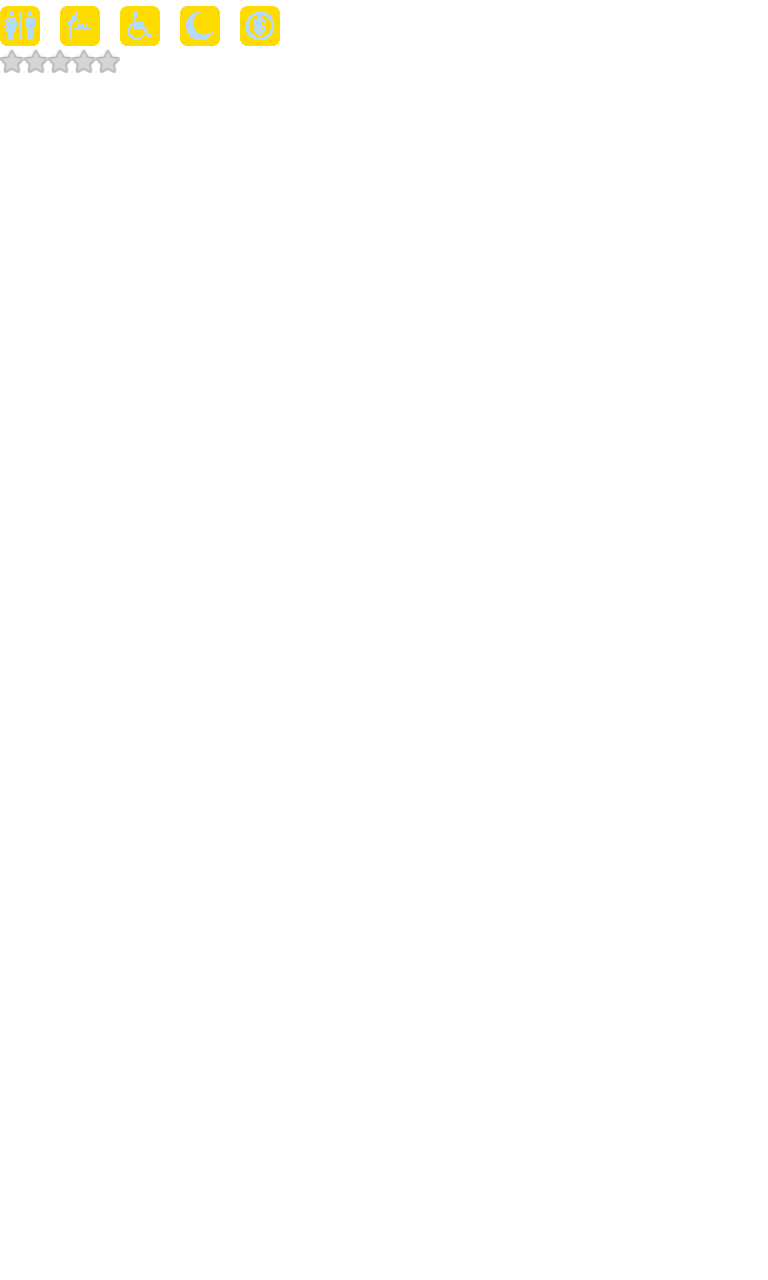
Repository: asocha/toilettalk
Layout: Android/workspace/ToiletTalk/res/layout/google_maps_marker.xml
An editor plug-in stored every save of this project. The layout is shown before and after the next save, followed by the edit.
It is drawn on a 768 x 1280 px phone screen (xhdpi) without system bars, with theme AppTheme; the app's code is not run.

Above is the layout before, as saved 2013-04-28 21:56:08.

### Android/workspace/ToiletTalk/res/layout/google_maps_marker.xml
<?xml version="1.0" encoding="utf-8"?>
<RelativeLayout xmlns:android="http://schemas.android.com/apk/res/android"
	android:layout_width="wrap_content"
	android:layout_height="wrap_content"
	android:orientation="horizontal">



	<LinearLayout
	    android:id="@+id/marker_content"
		android:layout_width="wrap_content"
		android:layout_height="wrap_content"
		android:orientation="vertical">

		<TextView
			android:id="@+id/marker_title"
			android:layout_width="wrap_content"
			android:layout_height="wrap_content"
			android:textAppearance="?android:attr/textAppearanceMedium"/>

		<RatingBar
		    android:id="@+id/marking_rating"
		    android:layout_width="wrap_content"
		    android:layout_height="wrap_content"
		    style="?android:attr/ratingBarStyleSmall" />
	</LinearLayout>

	<TextView
		android:id="@+id/marker_address"
		android:layout_width="wrap_content"
		android:layout_height="wrap_content"
		android:layout_below="@id/view_icons"
		android:textAppearance="?android:attr/textAppearanceSmall"/>

	<LinearLayout
        android:id="@+id/view_icons"
        android:layout_width="wrap_content"
        android:layout_marginTop="3dp"
        android:layout_height="@dimen/icons_size"
        android:layout_alignParentTop="true"
        android:layout_alignRight="true" >

        <ToggleButton
            android:id="@+id/button_unisex"
            android:layout_marginRight="10dp"
            android:layout_width="@dimen/icons_size"
            android:layout_height="fill_parent"
            android:background="@drawable/button_unisex"
            android:textOn=""
            android:textOff="" />

        <ToggleButton
            android:id="@+id/button_babystation"
            android:layout_marginRight="10dp"
            android:layout_width="@dimen/icons_size"
            android:layout_height="fill_parent"
            android:background="@drawable/button_baby_station"
            android:textOn=""
            android:textOff="" />

        <ToggleButton
            android:id="@+id/button_handicap"
            android:layout_marginRight="10dp"
            android:layout_width="@dimen/icons_size"
            android:layout_height="fill_parent"
            android:background="@drawable/button_handicap"
            android:textOn=""
            android:textOff="" />

        <ToggleButton
            android:id="@+id/button_24hours"
            android:layout_marginRight="10dp"
            android:layout_width="@dimen/icons_size"
            android:layout_height="fill_parent"
            android:background="@drawable/button_24hours"
            android:textOn=""
            android:textOff="" />

        <ToggleButton
            android:id="@+id/button_money"
            android:layout_marginRight="10dp"
            android:layout_width="@dimen/icons_size"
            android:layout_height="fill_parent"
            android:background="@drawable/button_money"
            android:textOn=""
            android:textOff="" />
    </LinearLayout>

	<ImageView
		android:id="@+id/marker_image"
		android:layout_below="@id/marker_address"
		android:layout_width="40dp"
		android:layout_height="40dp"
		android:contentDescription="@string/restroom_image"/>
</RelativeLayout>

### Android/workspace/ToiletTalk/res/values/styles.xml
<resources xmlns:android="http://schemas.android.com/apk/res/android">

    <!--
        Base application theme, dependent on API level. This theme is replaced
        by AppBaseTheme from res/values-vXX/styles.xml on newer devices.
    -->
    <style name="AppBaseTheme" parent="android:Theme.Light">
        <!--
            Theme customizations available in newer API levels can go in
            res/values-vXX/styles.xml, while customizations related to
            backward-compatibility can go here.
        -->
    </style>

    <!-- Application theme. -->
    <style name="AppTheme" parent="android:Theme.Light.NoTitleBar">
        <!-- All customizations that are NOT specific to a particular API-level can go here. -->
    </style>

   	<style name="Theme.Main" parent="android:Theme.Holo.Light">
   	    <item name="android:windowContentOverlay">@null</item>
	</style>

   	<style name="EditText.InputStyle" parent="android:Widget.EditText">
   	   	<item name="android:ems">10</item>
   	   	<item name="android:layout_marginBottom">@dimen/margin_textinputs</item>
   	   	<item name="android:layout_marginTop">@dimen/margin_textinputs</item>
   	</style>

   	<style name="customRatingBar" parent="@android:style/Widget.RatingBar">
        <item name="android:progressDrawable">@drawable/custom_rating_bar_full</item>
        <item name="android:minHeight">1dp</item>
        <item name="android:maxHeight">1dp</item>
    </style>

</resources>

### Android/workspace/ToiletTalk/res/values/dimens.xml
<resources>
    <!-- Default screen margins, per the Android Design guidelines. -->
    <dimen name="activity_horizontal_margin">16dp</dimen>
    <dimen name="activity_vertical_margin">16dp</dimen>
    <dimen name="margin_drawable_shape_interior_padding">2dp</dimen>
    <dimen name="height_button_login_bottom">55dp</dimen>
    <dimen name="margin_header_alt_logo">45dp</dimen>
    <dimen name="margin_textinputs">2dp</dimen>
    <dimen name="width_page_container">250dp</dimen>
    <dimen name="textSize_buttons_login">20sp</dimen>
    <dimen name="textSize_buttons_login_bottom">20dp</dimen>
	<dimen name="width_login_buttons">115dp</dimen>
	<dimen name="margin_top_login_buttons">10dp</dimen>
	<dimen name="margin_imagebutton">8dp</dimen>
	<dimen name="padding_imagebutton">13dp</dimen>
	<dimen name="padding_menubutton_topbottom">6dp</dimen>
	<dimen name="padding_menubutton_sides">10dp</dimen>
	<dimen name="icons_size">20dp</dimen>
</resources>

### Android/workspace/ToiletTalk/res/drawable/button_unisex.xml
<?xml version="1.0" encoding="utf-8"?>
<selector xmlns:android="http://schemas.android.com/apk/res/android">
    <item android:drawable="@drawable/icon_unisex_selected" android:state_checked="true" android:state_pressed="true"/>
    <item android:drawable="@drawable/icon_unisex_selected" android:state_pressed="true"/>
    <item android:drawable="@drawable/icon_unisex_selected" android:state_checked="true" />
    <item android:drawable="@drawable/icon_unisex_unselected"/>
</selector>

### Android/workspace/ToiletTalk/res/drawable/button_baby_station.xml
<?xml version="1.0" encoding="utf-8"?>
<selector xmlns:android="http://schemas.android.com/apk/res/android">
    <item android:drawable="@drawable/icon_baby_station_selected" android:state_checked="true" android:state_pressed="true"/>
    <item android:drawable="@drawable/icon_baby_station_selected" android:state_pressed="true"/>
    <item android:drawable="@drawable/icon_baby_station_selected" android:state_checked="true" />
    <item android:drawable="@drawable/icon_baby_station_unselected"/>
</selector>

### Android/workspace/ToiletTalk/res/drawable/button_handicap.xml
<?xml version="1.0" encoding="utf-8"?>
<selector xmlns:android="http://schemas.android.com/apk/res/android">
    <item android:drawable="@drawable/icon_handicap_selected" android:state_checked="true" android:state_pressed="true"/>
    <item android:drawable="@drawable/icon_handicap_selected" android:state_pressed="true"/>
    <item android:drawable="@drawable/icon_handicap_selected" android:state_checked="true" />
    <item android:drawable="@drawable/icon_handicap_unselected"/>
</selector>

### Android/workspace/ToiletTalk/res/drawable/button_24hours.xml
<?xml version="1.0" encoding="utf-8"?>
<selector xmlns:android="http://schemas.android.com/apk/res/android">
    <item android:drawable="@drawable/icon_24hours_selected" android:state_checked="true" android:state_pressed="true"/>
    <item android:drawable="@drawable/icon_24hours_selected" android:state_pressed="true"/>
    <item android:drawable="@drawable/icon_24hours_selected" android:state_checked="true" />
    <item android:drawable="@drawable/icon_24hours_unselected"/>
</selector>

### Android/workspace/ToiletTalk/res/drawable/button_money.xml
<?xml version="1.0" encoding="utf-8"?>
<selector xmlns:android="http://schemas.android.com/apk/res/android">
    <item android:drawable="@drawable/icon_money_selected" android:state_checked="true" android:state_pressed="true"/>
    <item android:drawable="@drawable/icon_money_selected" android:state_pressed="true"/>
    <item android:drawable="@drawable/icon_money_selected" android:state_checked="true" />
    <item android:drawable="@drawable/icon_money_unselected"/>
</selector>

### Android/workspace/ToiletTalk/res/values/strings.xml
<?xml version="1.0" encoding="utf-8"?>
<resources>

    <string name="app_name">ToiletTalk</string>
    <string name="action_settings">Settings</string>
    <string name="hello_world">Hello world!</string>
    <string name="register">Register</string>
    <string name="login">Login</string>
    <string name="continue_guest">Continue as guest</string>
	<string name="uname_hint">Username</string>
	<string name="pass_hint">Password</string>
	<string name="email">Email Address</string>
	<string name="gender">Gender</string>
	<string name="reg_submit">Sign me up!</string>
	<string name="logo_description">Toilet Talk</string>
	<string name="error_login">Invalid username/password combination</string>
	<string name="error_reg">Registration Failed. Please check imput.</string>
	<string name="error_generic">Submittion failed due to network error.</string>
	<string name="error_continue">Return</string>
	<string name="first_name">First Name</string>
	<string name="last_name">Last Name</string>
	<string name="button_reset_map">Reset Map</string>
	<string name="button_text_compose_review">Compose</string>
	<string name="button_menu">Menu</string>
	<string name="button_review">Submit</string>
	<string name="location_name">Location Name</string>
	<string name="restroom_image">Restroom Image</string>
	<string name="image_instructions">Tap on the above thumbnail to attach a new image</string>
	<string name="expand">Expand</string>
</resources>

After the next save:
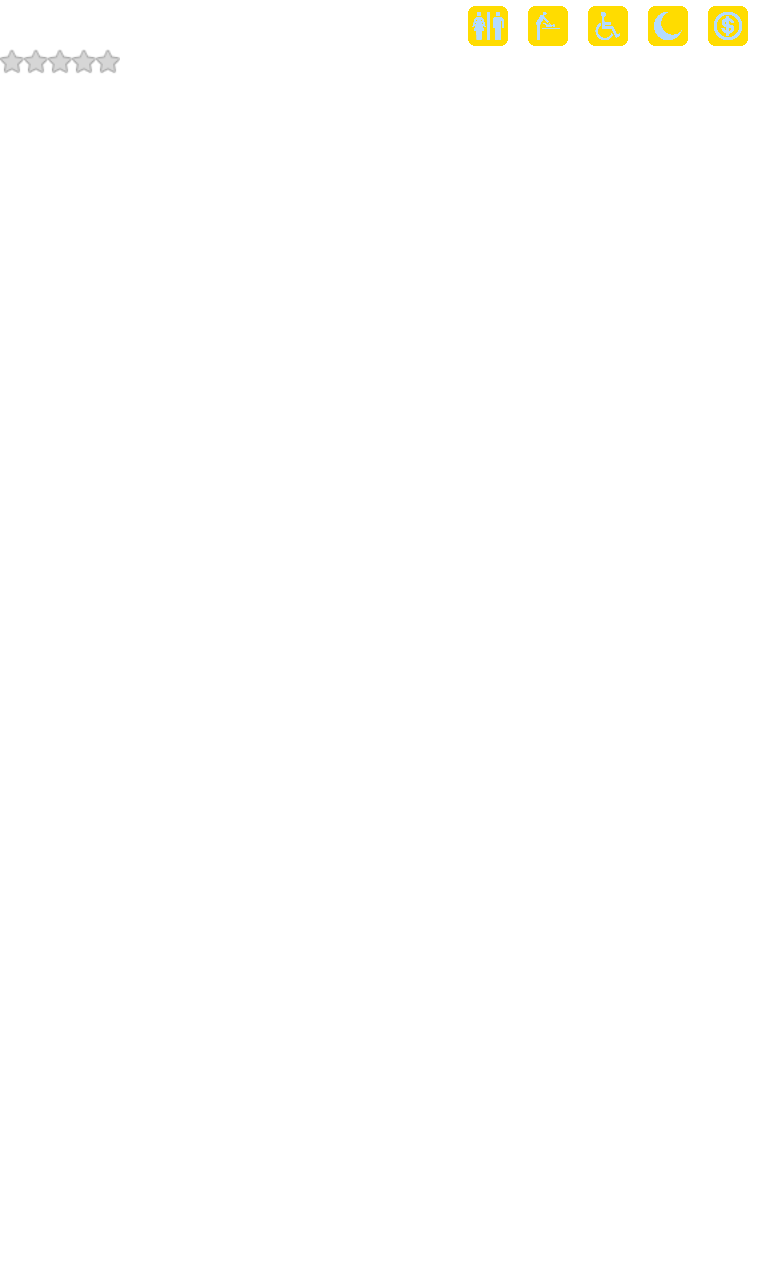
Saved 21 s later.
--- a/Android/workspace/ToiletTalk/res/layout/google_maps_marker.xml
+++ b/Android/workspace/ToiletTalk/res/layout/google_maps_marker.xml
@@ -38,7 +38,7 @@
         android:layout_marginTop="3dp"
         android:layout_height="@dimen/icons_size"
         android:layout_alignParentTop="true"
-        android:layout_alignRight="true" >
+        android:layout_alignParentRight="true" >
 
         <ToggleButton
             android:id="@+id/button_unisex"
